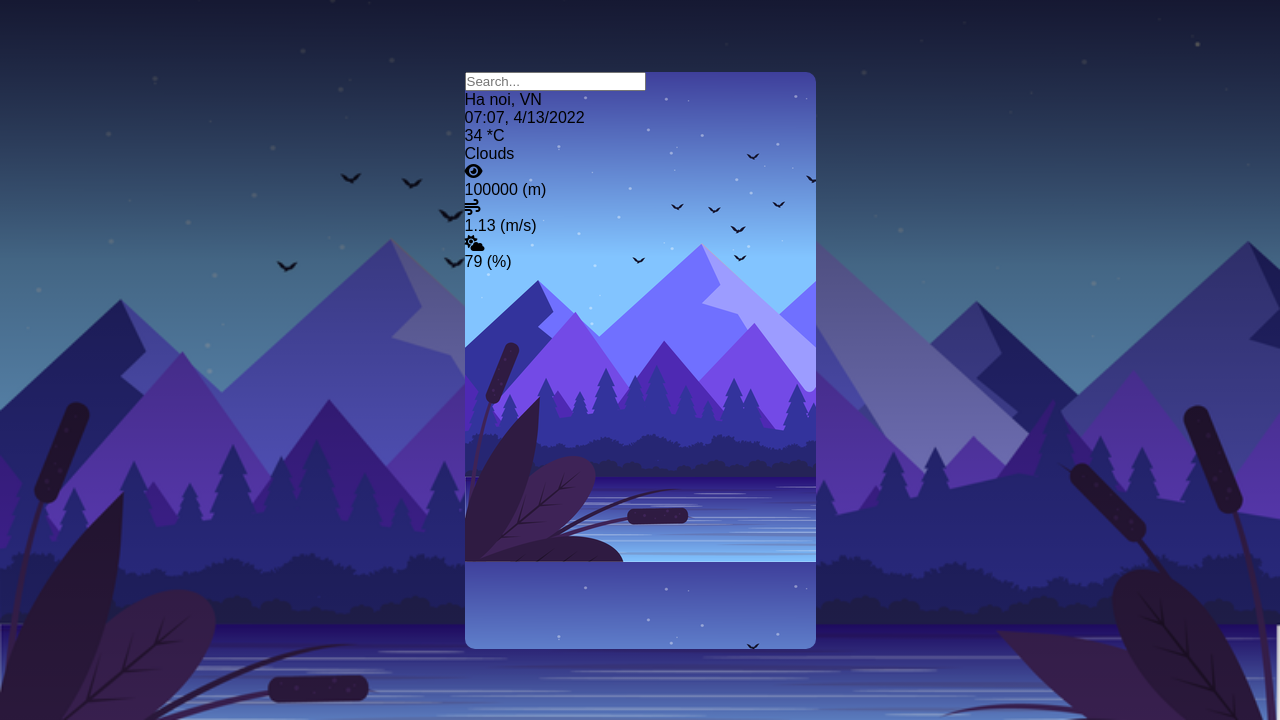
Repository: nganha241/weather-app
Page: index.html
An editor plug-in stored every save of this project. The page is shown before and after the next save, followed by the edit.
The browser window is 1280 px wide. The pictures show the whole page.
Some web libraries are served in a nearby version.

Above is the page before, as saved 2022-04-13 08:25:22.

### index.html
<!DOCTYPE html>
<html lang="en">
  <head>
    <meta charset="UTF-8" />
    <meta http-equiv="X-UA-Compatible" content="IE=edge" />
    <meta name="viewport" content="width=device-width, initial-scale=1.0" />
    <title>Document</title>
    <link rel="stylesheet" href="./style.css" />
  </head>
  <body>
    <div id="weather">
      <div class="header">
        <input type="text" placeholder="Search..." />
      </div>
      <div class="content">
        <div class="city">Ha noi, <span class="country">VN</span></div>
        <div class="time">07:07, <span class="date">4/13/2022</span></div>

        <div class="deg">34 *C</div>
        <div class="status">Clouds</div>
      </div>
      <div class="footer">
        <div class="detail">
          <div class="distance">
            <div><i class="fa-solid fa-eye"></i></div>
            <div>100000 <span>(m)</span></div>
          </div>
          <div class="speed">
            <div><i class="fa-solid fa-wind"></i></div>
            <div>1.13 <span>(m/s)</span></div>
          </div>
          <div class="humidity">
            <div><i class="fa-solid fa-cloud-sun"></i></div>
            <div>79 <span>(%)</span></div>
          </div>
        </div>
      </div>
    </div>
    <script
      src="https://kit.fontawesome.com/ae971d7ee0.js"
      crossorigin="anonymous"
    ></script>
    <script src="./main.js"></script>
  </body>
</html>

### style.css
* {
    padding: 0;
    margin: 0;
    box-sizing: border-box;
}

body {
    font-family: sans-serif;
    height: 100vh;
    display: flex;
    justify-content: center;
    align-items: center;
    background: linear-gradient(to bottom, rgba(0, 0, 0, 0.7), rgba(0, 0, 0, 0.1)), url(./img1.png) no-repeat center/cover;
}

#weather {
    width: 351px;
    height: 577px;
    border: none;
    border-radius: 10px;
    background: url(./img1.png);
    object-fit: fill;
}

Loaded but not shown: main.js (no copy from this time; the picture is the same without it)

After the next save:
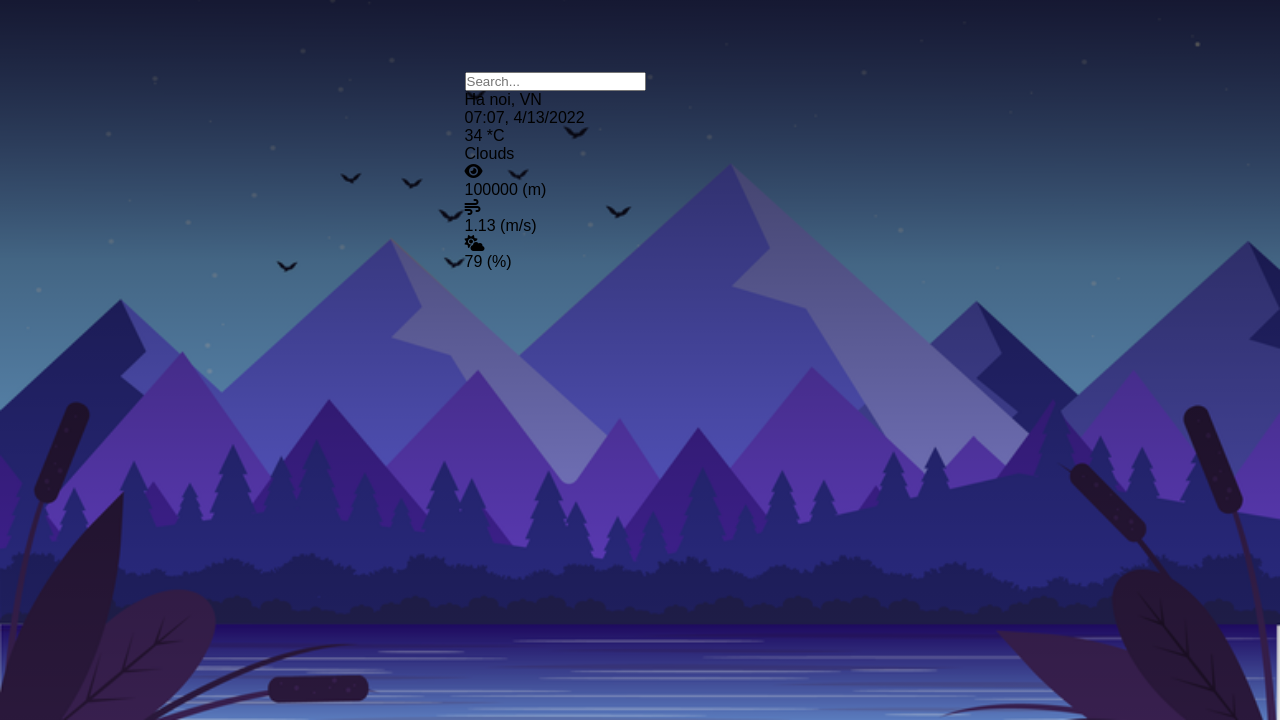
Saved 33 s later.
--- a/style.css
+++ b/style.css
@@ -18,6 +18,6 @@ body {
     height: 577px;
     border: none;
     border-radius: 10px;
-    background: url(./img1.png);
+    background: transparent;
     object-fit: fill;
 }
